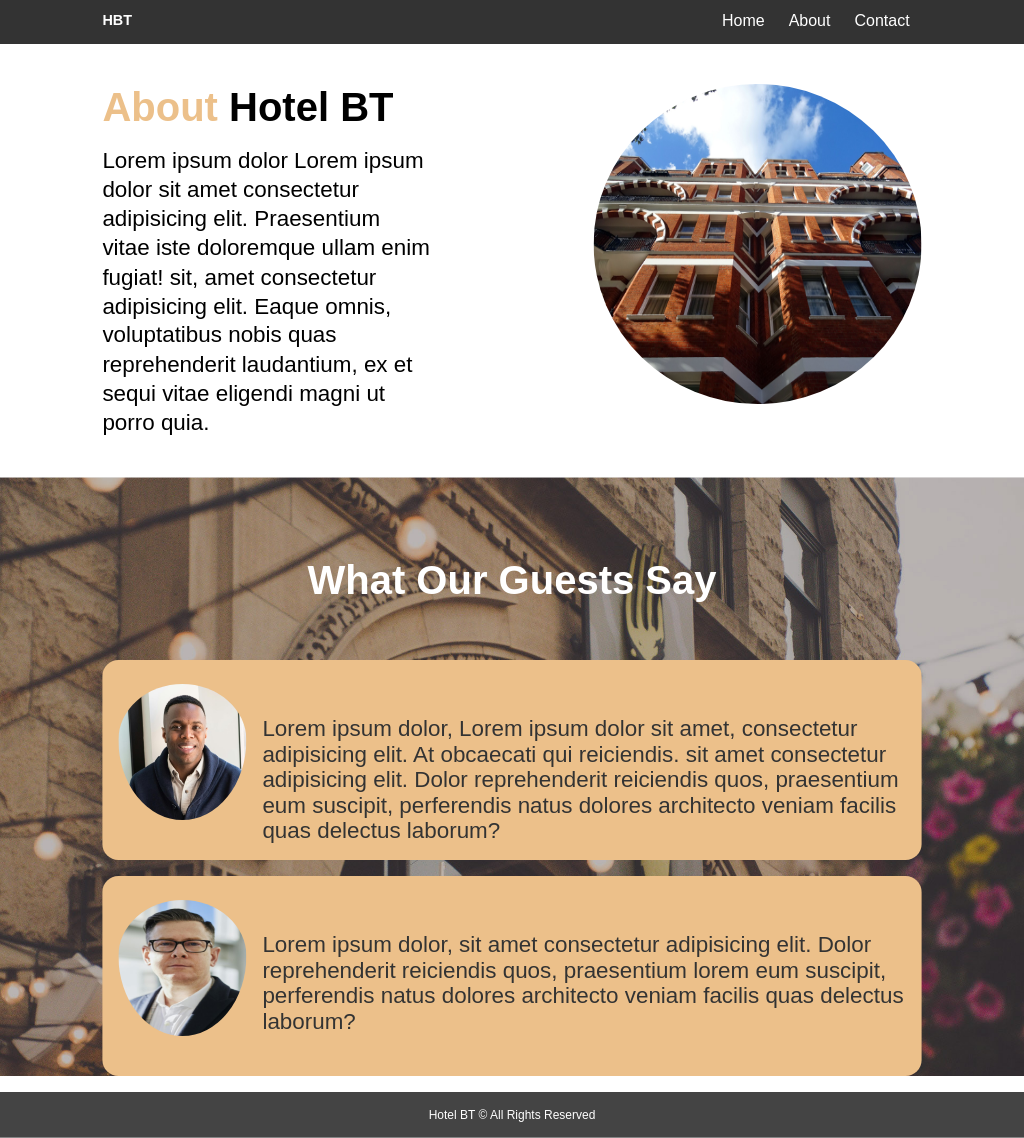
Repository: reemoon-ctrl/35---hotel-website
Page: about.html
The author's editor kept a copy of each file at every save. The page is drawn from the files as they stood at one save, then again after a run of saves.
The browser window is 1280 px wide. The pictures show the whole page, at 80% of full size.

Above is the page before, as saved 2024-07-24 22:28:10.

### about.html
<!DOCTYPE html>
<html lang="en">
<head>
    <meta charset="UTF-8">
    <meta name="viewport" content="width=device-width, initial-scale=1.0">
    <title>HBT | Hotel Website</title>
    <link rel="stylesheet" href="index.css"/>
    <link rel="stylesheet" media="screen and (max-width:500px)" href="mobile.css">
</head>
<body>
    <header>
        <ul class="nav-bar">
            <li class="title"><a href="index.html">HBT</a></li>
            <div class="bag-nav-row" >
            <li class="bag-nav"><a href="index.html">Home</a></li>
            <li class="bag-nav"><a href="about.html">About</a></li>
            <li class="bag-nav"><a href="contact.html">Contact</a></li>
            </div>
        </ul>
    </header>
    <header>


    </header>
    <main>
        <div class="s-header">
            <div class="header-content">
            <h1><span class="fword">About </span>Hotel BT</h1>
            <p>Lorem ipsum dolor Lorem ipsum dolor sit amet consectetur adipisicing elit. Praesentium vitae iste doloremque ullam enim fugiat! sit, amet consectetur adipisicing elit. Eaque omnis, voluptatibus nobis quas reprehenderit laudantium, ex et sequi vitae eligendi magni ut porro quia.
            </p>
           </div>
            <img class="hotel-img2" src="/img/photo-2.jpg" alt="Hotel-image">
        </div>
    </main>
    <aside>
        <div class="aside-content">
            <ul>
                <li><h1>What Our Guests Say</h1></li>
                <li class="comment"><img src="img/pexels-divinetechygirl-1181391.jpg" alt="person-img"><p>Lorem ipsum dolor, Lorem ipsum dolor sit amet, consectetur adipisicing elit. At obcaecati qui reiciendis. sit amet consectetur adipisicing elit. Dolor reprehenderit reiciendis quos, praesentium eum suscipit, perferendis natus dolores architecto veniam facilis quas delectus laborum?</p></li>
                <li class="comment"><img src="img/pexels-linkedin-2182970.jpg" alt="person-img"><p>Lorem ipsum dolor, sit amet consectetur adipisicing elit. Dolor reprehenderit reiciendis quos, praesentium lorem eum suscipit, perferendis natus dolores architecto veniam facilis quas delectus laborum?</p></li>

            </ul>
        </div>
    </aside>
    <footer>
        <p>Hotel BT &copy; All Rights Reserved</p>

    </footer>
</body>
</html>

### index.css
*{
    padding: 0px;
    margin: 0px;
    box-sizing: border-box;
    font-family: "Rubik", sans-serif;
    font-optical-sizing: auto;




}
.nav-bar{
    list-style:none;
    overflow: auto;
    /* clear:both; */
    background: #333333;
    font-size: 20px;
    text-align: center;
    height: 55px;

}

.bag-nav-row{
    margin-right: 10%;
}
.title{
    float: left;
    margin-left: 10%;
    font-weight: bold;
    font-size:18px ;

    text-align: center;
    padding:15px 0px;

}
.title  a{
    text-decoration: none;
    color:#fff;
}


.bag-nav{
    float: left;
    font-size: 20px;


}
.bag-nav-row{
    float:right;
}
.bag-nav-row li a{
    text-decoration: none;
    padding: 15px;
    display: inline-block;
    color: #fff;
}

.bag-nav-row li a:hover{
    background: #444444;
    color:#ecc08a;
}
.bag-nav-row li a:current{
    background: #444444;
    color:#ecc08a;
}


.mainheader{
    background-image: url("img/showcase.jpg") ;
    background-color: #cccccc;
    height:600px;
    background-position: center;
    background-repeat: no-repeat;
    background-size:cover;
    position: relative;
}
.mainheadertxt{
    /* margin: auto; */
    padding: 150px 10%;
    position:relative;
    text-align: center;
    /* margin-top: 20px; */
    color:#fff;
}
.mainheadertxt h1{
    font-size:50px;

}

.mainheadertxt p{
    margin:20px;
    font-size: 20px;
}
.mainheadertxt a{
    position:relative;
    display: block;
    width: fit-content;
    background: #444444;
    text-decoration:none ;
    color: #fff;
    top:50%;
    margin-top: 30px;
    margin: auto;
    font-size: 20px;

    padding: 20px;
}
.mainheadertxt a:hover{
    background: #ecc08a;
    cursor: pointer;
    color:#333333;

}
.fword{
    color:#ecc08a
}
.main-content{
    width:100%;
    height:400px;
    overflow: auto;
    background: #444444;
    color: #fff;
}
.hotelimg{
    width:50%;
    float:left;

    min-height:100% ;
    background: url('img/photo-1.jpg') no-repeat;
}
.hotel-disc{
    /* padding-top: 100px; */
    padding:20px 10px;
    width:50%;
    height:40px;
    float:right;
    text-align: center;
    /* margin-top:px; */
    line-height: 1.3;
    /* padding:20px; */

}
.hotel-disc h3{
    font-size: 25px;
    /* font-size: xx-large; */
    margin-bottom: 20px;
    margin-top:5rem;
}
.hotel-disc a{
    position:relative;
    display: block;
    width: fit-content;
    text-decoration:none ;
    color: #333333;
    padding: 15px;
    margin:auto;
    margin-top: 20px;
    background: #fff;

}
.hotel-disc a:hover{
    background: #ecc08a;
}
.hotel-disc p{
    font-size: 20px;
}

.aside-bar{
    height: 300px;
    overflow: auto;
    clear:both;

}
.ul{
    list-style: none;
    text-align: center;
    margin:auto;
    height:300px;
}
.fli{

    margin: auto;
    float: left;
    width:33.3%;
    height: 300px;
    padding: 90px 20px;
}
.fli h4{
    font-size: 25px;
    margin-bottom: 20px;
    margin-top: 20px;
}
.sli h4{
    margin-top: 20px;
    font-size: 25px;
    margin-bottom: 20px;
}
.thli h4{
    margin-top: 20px;
    font-size: 25px;
    margin-bottom: 20px;
}
.sli{
    float:left;
    width:33.3%;
    background-color:#ecc08a;
    height: 300px;
    padding: 90px 20px;

}
.thli{
    float:right;
    width:33.3%;
    height: 300px;
    margin: auto;
    padding: 90px 20px;
}

footer p{
    text-align: center;
    font-size: 15px;
    color: #fff;
    background: #444444;
    padding: 20px;
}

/* ///////////////about website////////////////// */
.s-header{
    overflow: auto;
    clear: both;
    margin: auto;
    margin: 50px 10%;
    /* height: 500px; */
}
.header-content{
    float:left;
    width:40%;

}
.header-content h1{
    font-size: 50px;
}
.header-content p{
    font-size: 28px;
    margin-top: 20px;
    line-height: 1.3;
}
.hotel-img2{
    height:400px;
    width: 40%;
    float: right;
    border-radius:50%;
}
.comment{
    overflow: auto;
    background:#ecc08a;
    margin: 20px 10%;
    border-radius: 20px;

}
.aside-content{
    background-image: url(img/test-bg.jpg) ;
    background-color: #cccccc;
    height:max-content;
    background-position: center;
    background-repeat: no-repeat;
    background-size: cover;
    position: relative;
    width: 100%;
}

.aside-content h1{
    margin: 20px 10%;
    text-align: center;
    color: #FFF;
    font-size: 50px;
    padding-top: 100px;
    padding-bottom: 50px;

}
.comment img{
    padding-top: 30px;
    width:200px ;
    height:200px ;
    border-radius: 200px;
    float: left;
    padding-right: 20px;
    padding-left: 20px;
    margin-bottom: 50px;
}
.comment p{
padding-top: 70px;
font-size: 28px;
color: #333333;
}
/* ///////////////contact style///////////// */
form h1{
    margin-bottom: 20px;
    font-size: 50px;

}
form p{
    font-size: 25px;

}

.form-label label{
    display: block;

}
.form-label input{
    width:100%;
    padding:10px;
    font-size: 28px;
    border:#ddd solid 1px;
    /* border: 3px solid #ccc; */
    -webkit-transition: 0.5s;
    transition: 0.5s;
    outline: none;

}
.form-label input[type=text]:focus{
    border: 2px solid #ecc08a;
}
.form-label{
    font-size: 35px;
    margin-top: 20px;
}
.submit-input:hover{
    border: 2px solid #ecc08a;
    background: #ecc08a;
    color:#444444;
}
textarea{
    width: 100%;
    height: 250px;
    padding: 12px 20px;
    box-sizing: border-box;
    border: 1px solid #ddd;
    border-radius: 4px;
    /* background-color: #f8f8f8; */
    resize:none;
    font-size: 20px;
    -webkit-transition: 0.5s;
    transition: 0.5s;
    outline: none;

}
textarea:focus{
    border: 2px solid #ecc08a;
}
.submit-input{
 padding: 20px;
 /* text-align: center; */
 width:200px;
 cursor: pointer;
 margin: 30px 0px;
 background: #333333;
 color: #FFF;
 font-size: 20px;


}
.form-container{
    margin: 40px 10%;
    height:800px;
}
.fli-about{
    padding: 60px;
    margin: auto;
    float: left;
    width:33%;
    height: 300px;
    padding: 90px 20px;
    color:#ddd;
}
.fli-about h4{
    font-size: 35px;
    margin-bottom: 20px;
}
.fli-about p{
    font-size: 28px;
}
.sli-about h4{
    font-size: 35px;
    margin-bottom: 20px;
}
.sli-about p{
    font-size: 28px;
}
.thli-about h4{
    font-size: 35px;
    margin-bottom: 20px;
}
.thli-about p{
    font-size: 28px;
}
.sli-about{
    float:left;
    width:33%;
    color: #ddd;
    height: 300px;
    padding: 90px 20px;

}
.thli-about{
    float:right;
    width:33%;
    height: 300px;
    margin: auto;
    padding: 90px 20px;
    background: #333333;
    color: #ddd;
}
.ul-about{
    list-style: none;
    text-align: center;
    margin:auto;
    height:300px;
    background: #333333;
}

### mobile.css

.title{
    float:none;
    text-align: center;
    margin-left: 0px;
}

.bag-nav{
    float:none;
    text-align: center;

}
.bag-nav-row{
    margin-right: 0px;

}
.bag-nav-row li a{

    padding: 10px;
    width:26rem;
    text-align: center;
}
.nav-bar{
    height: fit-content;

}


.hotelimg{
    display: none;
}
.hotel-disc{

    width: 100%;
}
.hotel-disc h3{
    margin-bottom: 2rem;
    margin-top:2rem;
}
.aside-bar{
    height:max-content;
    overflow: auto;
    clear:both;

}
.ul{
    height:100%;
}
.fli{
    float:none;
    padding:1rem;
    width:100%;
    padding: 3rem;
    height:fit-content;
}
.sli{
    float: none;
    width:100%;
    padding: 3rem;
    height:fit-content;
}
.thli{
    float:none;
    width:100%;
    padding: 3rem;
    height:fit-content;
}
/* ////////////////////about/////// */
.header-content h1{
    font-size: 2.2rem;
}
.comment{
    margin:10px 10%;

}
.header-content{
    float:none;
    width: 100%;
    height:100%;

}
.hotel-img2{
    margin-top: 20px;
    float:none;
    border-radius:20px;
    width:100%;

}
.comment p{
    padding: 2rem;
    font-size: .80rem;
}
.comment img{
    padding-top:2rem;
    width:30%;
    height:30%;
    border-radius:20px;
    margin-bottom: 2rem;
}
.aside-content h1{
    padding-top: 2rem;
    padding-bottom:1.1rem ;
}
/* ///////contact info//////// */

form h1{
    margin-bottom: 20px;
    font-size: 2rem;

}
.form-label{
    font-size: 1.2
    rem;
    margin-top: 20px;
}


.ul-about{
    height:100%;
    padding-bottom: 2rem;

}
ul-about li{
}
.fli-about{
    padding:2rem;
    float:none;
    width:100%;
    height:100%;

}
.sli-about{
    float:none;
    width:100%;
    height:100%;
    padding:2rem;
}
.thli-about{
    float:none;
    width:100%;
    padding:.7rem ;
    height:100%;

}

After the next 3 saves:
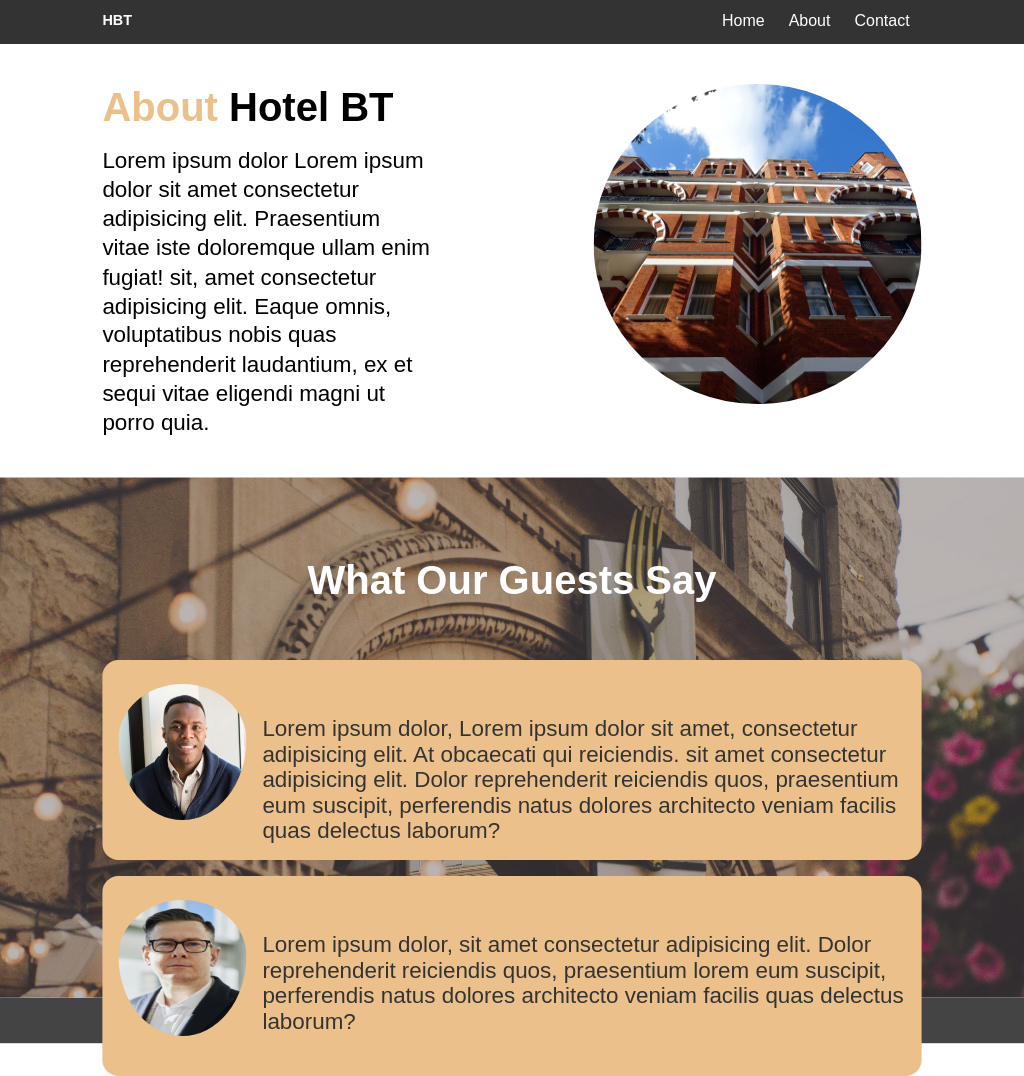
The 3 saves are shown as one change because they came seconds apart.
The last was saved 13 s later.
--- a/index.css
+++ b/index.css
@@ -261,7 +261,7 @@
 .aside-content{
     background-image: url(img/test-bg.jpg) ;
     background-color: #cccccc;
-    height:max-content;
+    height:650px;
     background-position: center;
     background-repeat: no-repeat;
     background-size: cover;

After the 2 saves that followed:
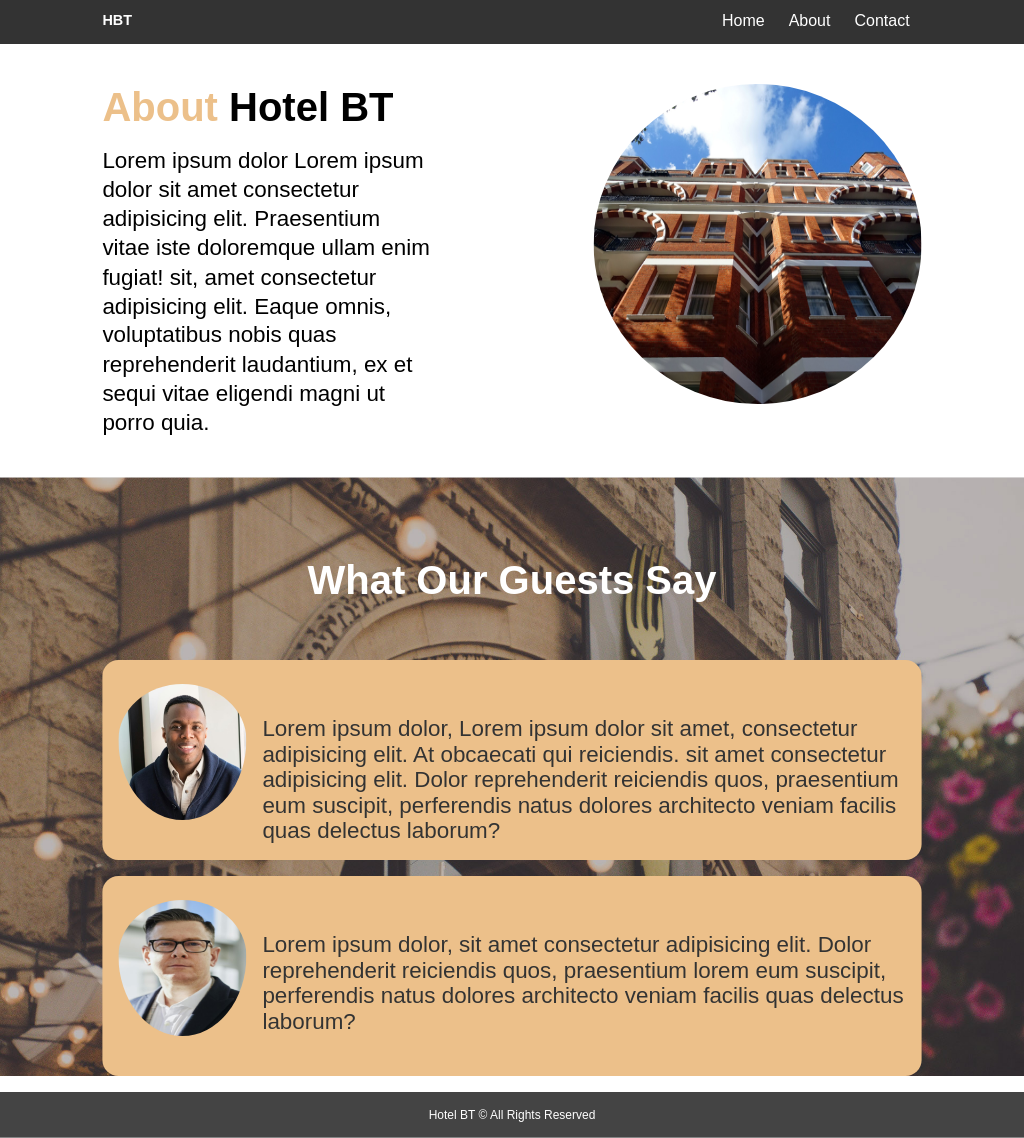
The 2 saves are shown as one change because they came seconds apart.
The last was saved 6 s later.
--- a/index.css
+++ b/index.css
@@ -261,7 +261,7 @@
 .aside-content{
     background-image: url(img/test-bg.jpg) ;
     background-color: #cccccc;
-    height:650px;
+    height:;
     background-position: center;
     background-repeat: no-repeat;
     background-size: cover;
